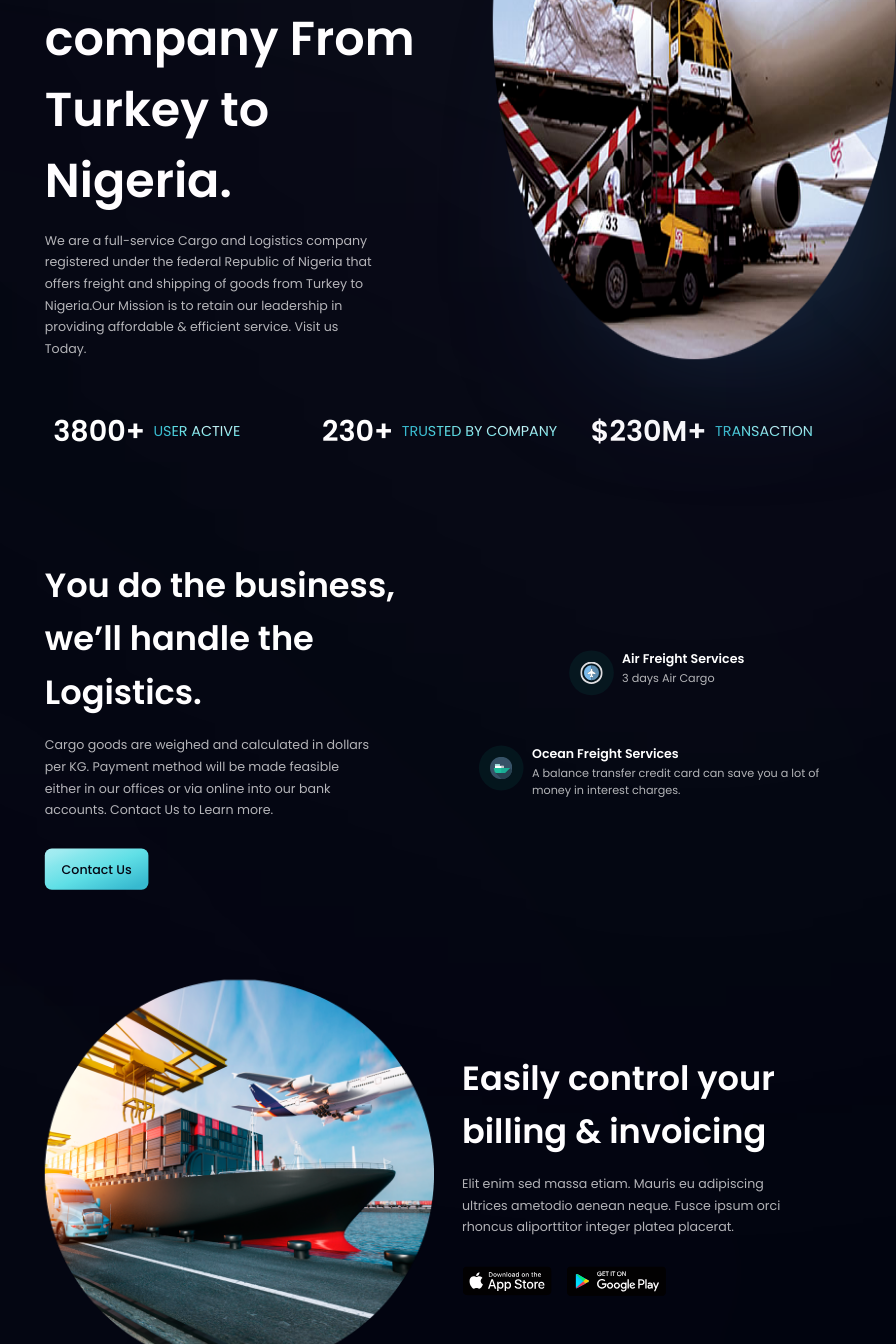
Repository: Miracleoluebube/captionlogistics
Page: /
The author's editor kept a copy of each file at every save. The page is drawn from the files as they stood at one save, then again after a run of saves.
The browser window is 1280 px wide. The pictures show the part of the page from y = 593 to 2513 px (the page is 5409 px tall), at 70% of full size.
The project was rebuilt for these pictures with package versions that can differ from the ones it lists, and the page was loaded fresh each time. Also part of the build but not shown: vite.config.js.

Above is the page before, as saved 2022-10-02 12:52:09.

### src/components/Navbar.jsx
import { useState } from "react";

import { close, logo, menu } from "../assets";
import { navLinks } from "../constants";

const Navbar = () => {
  const [active, setActive] = useState("Home");
  const [toggle, setToggle] = useState(false);

  return (
    <nav className="w-full flex py-6 justify-between items-center navbar">
      <img src={logo} alt="hoobank" className="w-[124px] h-[32px]" />

      <ul className="list-none sm:flex hidden justify-end items-center flex-1">
        {navLinks.map((nav, index) => (
          <li
            key={nav.id}
            className={`font-poppins font-normal cursor-pointer text-[16px] ${
              active === nav.title ? "text-white" : "text-dimWhite"
            } ${index === navLinks.length - 1 ? "mr-0" : "mr-10"}`}
            onClick={() => setActive(nav.title)}
          >
            <a href={`#${nav.id}`}>{nav.title}</a>
          </li>
        ))}
      </ul>

      <div className="sm:hidden flex flex-1 justify-end items-center">
        <img
          src={toggle ? close : menu}
          alt="menu"
          className="w-[28px] h-[28px] object-contain"
          onClick={() => setToggle(!toggle)}
        />

        <div
          className={`${
            !toggle ? "hidden" : "flex"
          } p-6 bg-black-gradient absolute top-20 right-0 mx-4 my-2 min-w-[140px] rounded-xl sidebar`}
        >
          <ul className="list-none flex justify-end items-start flex-1 flex-col">
            {navLinks.map((nav, index) => (
              <li
                key={nav.id}
                className={`font-poppins font-medium cursor-pointer text-[16px] ${
                  active === nav.title ? "text-white" : "text-dimWhite"
                } ${index === navLinks.length - 1 ? "mb-0" : "mb-4"}`}
                onClick={() => setActive(nav.title)}
              >
                <a href={`#${nav.id}`}>{nav.title}</a>
              </li>
            ))}
          </ul>
        </div>
      </div>
    </nav>
  );
};

export default Navbar;

### src/components/Billing.jsx
import { apple, bill, google } from "../assets";
import styles, { layout } from "../style";

const Billing = () => (
  <section id="product" className={layout.sectionReverse}>
    <div className={layout.sectionImgReverse}>
      <img src={bill} alt="billing" className="w-[100%] h-[100%] relative z-[5]" />

      {/* gradient start */}
      <div className="absolute z-[3] -left-1/2 top-0 w-[50%] h-[50%] rounded-full white__gradient" />
      <div className="absolute z-[0] w-[50%] h-[50%] -left-1/2 bottom-0 rounded-full pink__gradient" />
      {/* gradient end */}
    </div>

    <div className={layout.sectionInfo}>
      <h2 className={styles.heading2}>
        Easily control your <br className="sm:block hidden" /> billing &
        invoicing
      </h2>
      <p className={`${styles.paragraph} max-w-[470px] mt-5`}>
        Elit enim sed massa etiam. Mauris eu adipiscing ultrices ametodio
        aenean neque. Fusce ipsum orci rhoncus aliporttitor integer platea
        placerat.
      </p>

      <div className="flex flex-row flex-wrap sm:mt-10 mt-6">
        <img src={apple} alt="google_play" className="w-[128.86px] h-[42.05px] object-contain mr-5 cursor-pointer" />
        <img src={google} alt="google_play" className="w-[144.17px] h-[43.08px] object-contain cursor-pointer" />
      </div>
    </div>
  </section>
);

export default Billing;

### src/components/CardDeal.jsx
import { card } from "../assets";
import styles, { layout } from "../style";
import Button from "./Button";

const CardDeal = () => (
  <section id="contact Us" className={layout.section}>
    <div className={layout.sectionInfo}>
      <h2 className={styles.heading2}>
        Find a better card deal <br className="sm:block hidden" /> in few easy
        steps.
      </h2>
      <p className={`${styles.paragraph} max-w-[470px] mt-5`}>
        Arcu tortor, purus in mattis at sed integer faucibus. Aliquet quis
        aliquet eget mauris tortor.ç Aliquet ultrices ac, ametau.
      </p>

      <Button styles={`mt-10`} />
    </div>

    <div className={layout.sectionImg}>
      <img src={card} alt="billing" className="w-[100%] h-[100%]" />
    </div>
  </section>
);

export default CardDeal;

### src/components/Business.jsx
import { features } from "../constants";
import styles, { layout } from "../style";
import Button from "./Button";

const FeatureCard = ({ icon, title, content, index }) => (
  <div className={`flex flex-row p-6 rounded-[20px] ${index !== features.length - 1 ? "mb-6" : "mb-0"} feature-card`}>
    <div className={`w-[64px] h-[64px] rounded-full ${styles.flexCenter} bg-dimBlue`}>
      <img src={icon} alt="star" className="w-[50%] h-[50%] object-contain" />
    </div>
    <div className="flex-1 flex flex-col ml-3">
      <h4 className="font-poppins font-semibold text-white text-[18px] leading-[23.4px] mb-1">
        {title}
      </h4>
      <p className="font-poppins font-normal text-dimWhite text-[16px] leading-[24px]">
        {content}
      </p>
    </div>
  </div>
);

const Business = () =>  (
  <section id="features" className={layout.section}>
    <div className={layout.sectionInfo}>
      <h2 className={styles.heading2}>
        You do the business, <br className="sm:block hidden" /> we’ll handle
        the Logistics.
      </h2>
      <p className={`${styles.paragraph} max-w-[470px] mt-5`}>
        Cargo goods are weighed and calculated in dollars per KG.
      Payment method will be made feasible either in our offices or via online
      into our bank accounts.
      Contact Us to Learn more.
      </p>

      <Button styles={`mt-10`} />
    </div>

    <div className={`${layout.sectionImg} flex-col`}>
      {features.map((feature, index) => (
        <FeatureCard key={feature.id} {...feature} index={index} />
      ))}
    </div>
  </section>
);

export default Business;

### src/components/CTA.jsx
import styles from "../style";
import Button from "./Button";

const CTA = () => (
  <section className={`${styles.flexCenter} ${styles.marginY} ${styles.padding} sm:flex-row flex-col bg-black-gradient-2 rounded-[20px] box-shadow`}>
    <div className="flex-1 flex flex-col">
      <h2 className={styles.heading2}>Let’s try our service now!</h2>
      <p className={`${styles.paragraph} max-w-[470px] mt-5`}>
        Everything you need to accept card payments and grow your business
        anywhere on the planet.
      </p>
    </div>

    <div  className={`${styles.flexCenter} sm:ml-10 ml-0 sm:mt-0 mt-10`}>
      <Button />
    </div>
  </section>
);

export default CTA;

### src/components/Stats.jsx
import { stats } from "../constants";
import styles from "../style";

const Stats = () => (
  <section className={`${styles.flexCenter} flex-row flex-wrap sm:mb-20 mb-6`}>
    {stats.map((stat) => (
      <div key={stat.id} className={`flex-1 flex justify-start items-center flex-row m-3`} >
        <h4 className="font-poppins font-semibold xs:text-[40.89px] text-[30.89px] xs:leading-[53.16px] leading-[43.16px] text-white">
          {stat.value}
        </h4>
        <p className="font-poppins font-normal xs:text-[20.45px] text-[15.45px] xs:leading-[26.58px] leading-[21.58px] text-gradient uppercase ml-3">
          {stat.title}
        </p>
      </div>
    ))}
  </section>
);

export default Stats;

### src/components/Footer.jsx
import styles from "../style";
import { logo } from "../assets";
import { footerLinks, socialMedia } from "../constants";

const Footer = () => (
  <section className={`${styles.flexCenter} ${styles.paddingY} flex-col`}>
    <div className={`${styles.flexStart} md:flex-row flex-col mb-8 w-full`}>
      <div className="flex-[1] flex flex-col justify-start mr-10">
        <img
          src={logo}
          alt="hoobank"
          className="w-[266px] h-[72.14px] object-contain"
        />
        <p className={`${styles.paragraph} mt-4 max-w-[312px]`}>
         Head Office address: Number 10&11, A.O plaza, ground floor,
         Mandilas market Lagos island
        </p>
      </div>

      <div className="flex-[1.5] w-full flex flex-row justify-between flex-wrap md:mt-0 mt-10">
        {footerLinks.map((footerlink) => (
          <div key={footerlink.title} className={`flex flex-col ss:my-0 my-4 min-w-[150px]`}>
            <h4 className="font-poppins font-medium text-[18px] leading-[27px] text-white">
              {footerlink.title}
            </h4>
            <ul className="list-none mt-4">
              {footerlink.links.map((link, index) => (
                <li
                  key={link.name}
                  className={`font-poppins font-normal text-[16px] leading-[24px] text-dimWhite hover:text-secondary cursor-pointer ${
                    index !== footerlink.links.length - 1 ? "mb-4" : "mb-0"
                  }`}
                >
                  {link.name}
                </li>
              ))}
            </ul>
          </div>
        ))}
      </div>
    </div>

    <div className="w-full flex justify-between items-center md:flex-row flex-col pt-6 border-t-[1px] border-t-[#3F3E45]">
      <p className="font-poppins font-normal text-center text-[18px] leading-[27px] text-white">
        Copyright Ⓒ 2022. CaptionLogistics. All Rights Reserved.
      </p>

      <div className="flex flex-row md:mt-0 mt-6">
        {socialMedia.map((social, index) => (
          <img
            key={social.id}
            src={social.icon}
            alt={social.id}
            className={`w-[21px] h-[21px] object-contain cursor-pointer ${
              index !== socialMedia.length - 1 ? "mr-6" : "mr-0"
            }`}
            onClick={() => window.open(social.link)}
          />
        ))}
      </div>
    </div>
  </section>
);

export default Footer;

### src/components/Testimonials.jsx
import { feedback } from "../constants";
import styles from "../style";
import FeedbackCard from "./FeedbackCard";

const Testimonials = () => (
  <section id="clients" className={`${styles.paddingY} ${styles.flexCenter} flex-col relative `}>
    <div className="absolute z-[0] w-[60%] h-[60%] -right-[50%] rounded-full blue__gradient bottom-40" />

    <div className="w-full flex justify-between items-center md:flex-row flex-col sm:mb-16 mb-6 relative z-[1]">
      <h2 className={styles.heading2}>
        What People are <br className="sm:block hidden" /> saying about us
      </h2>
      <div className="w-full md:mt-0 mt-6">
        <p className={`${styles.paragraph} text-left max-w-[450px]`}>
          Everything you need to accept card payments and grow your business
          anywhere on the planet.
        </p>
      </div>
    </div>

    <div className="flex flex-wrap sm:justify-start justify-center w-full feedback-container relative z-[1]">
      {feedback.map((card) => <FeedbackCard key={card.id} {...card} />)}
    </div>
  </section>
);

export default Testimonials;

### src/components/Hero.jsx
import styles from "../style";
import { discount, robot } from "../assets";
import GetStarted from "./GetStarted";

const Hero = () => {
  return (
    <section id="home" className={`flex md:flex-row flex-col ${styles.paddingY}`}>
      <div className={`flex-1 ${styles.flexStart} flex-col xl:px-0 sm:px-16 px-6`}>
        <div className="flex flex-row items-center py-[6px] px-4 bg-discount-gradient rounded-[10px] mb-2">
          <img src={discount} alt="discount" className="w-[32px] h-[32px]" />
          <p className={`${styles.paragraph} ml-2`}>
            <span className="text-white">Call us </span> +234{" "}
            <span className="text-white">806 {" "} 750 {" "} 7539</span>
          </p>
        </div>

        <div className="flex flex-row justify-between items-center w-full">
          <h1 className="flex-1 font-poppins font-semibold ss:text-[72px] text-[52px] text-white ss:leading-[100.8px] leading-[75px]">
            Your trusted <br className="sm:block hidden" />{" "}
            <span className="text-gradient">Freight & Shipping</span>{" "}
          </h1>
          <div className="ss:flex hidden md:mr-4 mr-0">
            <GetStarted />
          </div>
        </div>

        <h1 className="font-poppins font-semibold ss:text-[68px] text-[52px] text-white ss:leading-[100.8px] leading-[75px] w-full">
  company From Turkey to Nigeria.
        </h1>
        <p className={`${styles.paragraph} max-w-[470px] mt-5`}>
          We are a  full-service Cargo and Logistics
          company registered under the federal Republic of Nigeria that offers freight
          and shipping of goods from Turkey
          to Nigeria.Our Mission is to retain our leadership
          in providing affordable
          & efficient service. Visit us Today.
        </p>
      </div>

      <div className={`flex-1 flex ${styles.flexCenter} md:my-0 my-10 relative`}>
        <img src={robot} alt="billing" className="w-[100%] h-[100%] relative z-[5]" />

        {/* gradient start */}
        <div className="absolute z-[0] w-[40%] h-[35%] top-0 pink__gradient" />
        <div className="absolute z-[1] w-[80%] h-[80%] rounded-full white__gradient bottom-40" />
        <div className="absolute z-[0] w-[50%] h-[50%] right-20 bottom-20 blue__gradient" />
        {/* gradient end */}
      </div>

      <div className={`ss:hidden ${styles.flexCenter}`}>
        <GetStarted />
      </div>
    </section>
  );
};

export default Hero;

### src/constants/index.js
import { people01, people02, people03, facebook, instagram, linkedin, twitter, airbnb, binance, coinbase, dropbox, send, shield, star  } from "../assets";

export const navLinks = [
  {
    id: "home",
    title: "Home",
  },
  {
    id: "features",
    title: "Services",
  },
  {
    id: "product",
    title: "About Us",
  },

  {
    id: "contact Us",
    title: "Contact Us",
  },
  //  {
  //    id: "contact Us",
  //    title: "How it works",
  //  },
];

export const features = [
  {
    id: "feature-1",
    icon: star,
    title: "Air Freight Services",
    content:
      "3 days Air Cargo",

  },
  /*{
    id: "feature-2",
    icon: shield,
    title: "100% Secured",
    content:
      "We take proactive steps make sure your information and transactions are secure.",
  },*/
  {
    id: "feature-3",
    icon: send,
    title: "Ocean Freight Services",
    content:
      "A balance transfer credit card can save you a lot of money in interest charges.",
  },
];

export const feedback = [
  {
    id: "feedback-1",
    content:
      "Money is only a tool. It will take you wherever you wish, but it will not replace you as the driver.",
    name: "Herman Jensen",
    title: "Founder & Leader",
    img: people01,
  },
  {
    id: "feedback-2",
    content:
      "Money makes your life easier. If you're lucky to have it, you're lucky.",
    name: "Steve Mark",
    title: "Founder & Leader",
    img: people02,
  },
  {
    id: "feedback-3",
    content:
      "It is usually people in the money business, finance, and international trade that are really rich.",
    name: "Kenn Gallagher",
    title: "Founder & Leader",
    img: people03,
  },
];

export const stats = [
  {
    id: "stats-1",
    title: "User Active",
    value: "3800+",
  },
  {
    id: "stats-2",
    title: "Trusted by Company",
    value: "230+",
  },
  {
    id: "stats-3",
    title: "Transaction",
    value: "$230M+",
  },
];

export const footerLinks = [
  {
    title: "Useful Links",
    links: [
      {
        name: "Content",
        link: "https://www.hoobank.com/content/",
      },
      {
        name: "How it Works",
        link: "https://www.hoobank.com/how-it-works/",
      },
      {
        name: "Create",
        link: "https://www.hoobank.com/create/",
      },
      {
        name: "Explore",
        link: "https://www.hoobank.com/explore/",
      },
      {
        name: "Terms & Services",
        link: "https://www.hoobank.com/terms-and-services/",
      },
    ],
  },
  {
    title: "Community",
    links: [
      {
        name: "Help Center",
        link: "https://www.hoobank.com/help-center/",
      },
      {
        name: "Partners",
        link: "https://www.hoobank.com/partners/",
      },
      {
        name: "Suggestions",
        link: "https://www.hoobank.com/suggestions/",
      },
      {
        name: "Blog",
        link: "https://www.hoobank.com/blog/",
      },
      {
        name: "Newsletters",
        link: "https://www.hoobank.com/newsletters/",
      },
    ],
  },
  {
    title: "Partner",
    links: [
      {
        name: "Our Partner",
        link: "https://www.hoobank.com/our-partner/",
      },
      {
        name: "Become a Partner",
        link: "https://www.hoobank.com/become-a-partner/",
      },
    ],
  },
];

export const socialMedia = [
  {
    id: "social-media-1",
    icon: instagram,
    link: "https://www.instagram.com/",
  },
  {
    id: "social-media-2",
    icon: facebook,
    link: "https://www.facebook.com/",
  },
  {
    id: "social-media-3",
    icon: twitter,
    link: "https://www.twitter.com/",
  },
  {
    id: "social-media-4",
    icon: linkedin,
    link: "https://www.linkedin.com/",
  },
];

export const clients = [
  {
    id: "client-1",
    logo: airbnb,
  },
  {
    id: "client-2",
    logo: binance,
  },
  {
    id: "client-3",
    logo: coinbase,
  },
  {
    id: "client-4",
    logo: dropbox,
  },
];

### src/components/Button.jsx
import React from "react";

const Button = ({ styles }) => (
  <a href="https://wa.me/2348067507539">
  <button  type="button" className={`py-4 px-6 font-poppins font-medium text-[18px] text-primary bg-blue-gradient rounded-[10px] outline-none ${styles}`}>
    Contact Us
  </button>
  </a>
);



export default Button;

### src/components/FeedbackCard.jsx
import { quotes } from "../assets";

const FeedbackCard = ({ content, name, title, img }) => (
  <div className="flex justify-between flex-col px-10 py-12 rounded-[20px]  max-w-[370px] md:mr-10 sm:mr-5 mr-0 my-5 feedback-card">
    <img src={quotes} alt="double_quotes" className="w-[42.6px] h-[27.6px] object-contain" />
    <p className="font-poppins font-normal text-[18px] leading-[32.4px] text-white my-10">
      {content}
    </p>

    <div className="flex flex-row">
      <img src={img} alt={name} className="w-[48px] h-[48px] rounded-full" />
      <div className="flex flex-col ml-4">
        <h4 className="font-poppins font-semibold text-[20px] leading-[32px] text-white">
          {name}
        </h4>
        <p className="font-poppins font-normal text-[16px] leading-[24px] text-dimWhite">
          {title}
        </p>
      </div>
    </div>
  </div>
);


export default FeedbackCard;

### src/components/GetStarted.jsx
import styles from "../style";
import { arrowUp } from "../assets";

const GetStarted = () => (
  <div className={`${styles.flexCenter} w-[140px] h-[140px] rounded-full bg-blue-gradient p-[2px] cursor-pointer`}>
    <div className={`${styles.flexCenter} flex-col bg-primary w-[100%] h-[100%] rounded-full`}>
      <div className={`${styles.flexStart} flex-row`}>
        <p className="font-poppins font-medium text-[18px] leading-[23.4px]">
          <span className="text-gradient">Track Your</span>
        </p>
        <img src={arrowUp} alt="arrow-up" className="w-[23px] h-[23px] object-contain" />
      </div>

      <p className="font-poppins font-medium text-[18px] leading-[23.4px]">
        <span className="text-gradient">Goods</span>
      </p>
    </div>
  </div>
);

export default GetStarted;

Loaded but not shown: index.html (common file); src/main.jsx (common file); src/App.jsx (common file); src/components/index.js (common file); src/components/Clients.jsx (common file); tailwind.config.cjs (common file); src/assets/index.js (53 lines, source omitted); src/style.js (28 lines, source omitted); src/index.css (213 lines, source omitted)

After the next 6 saves:
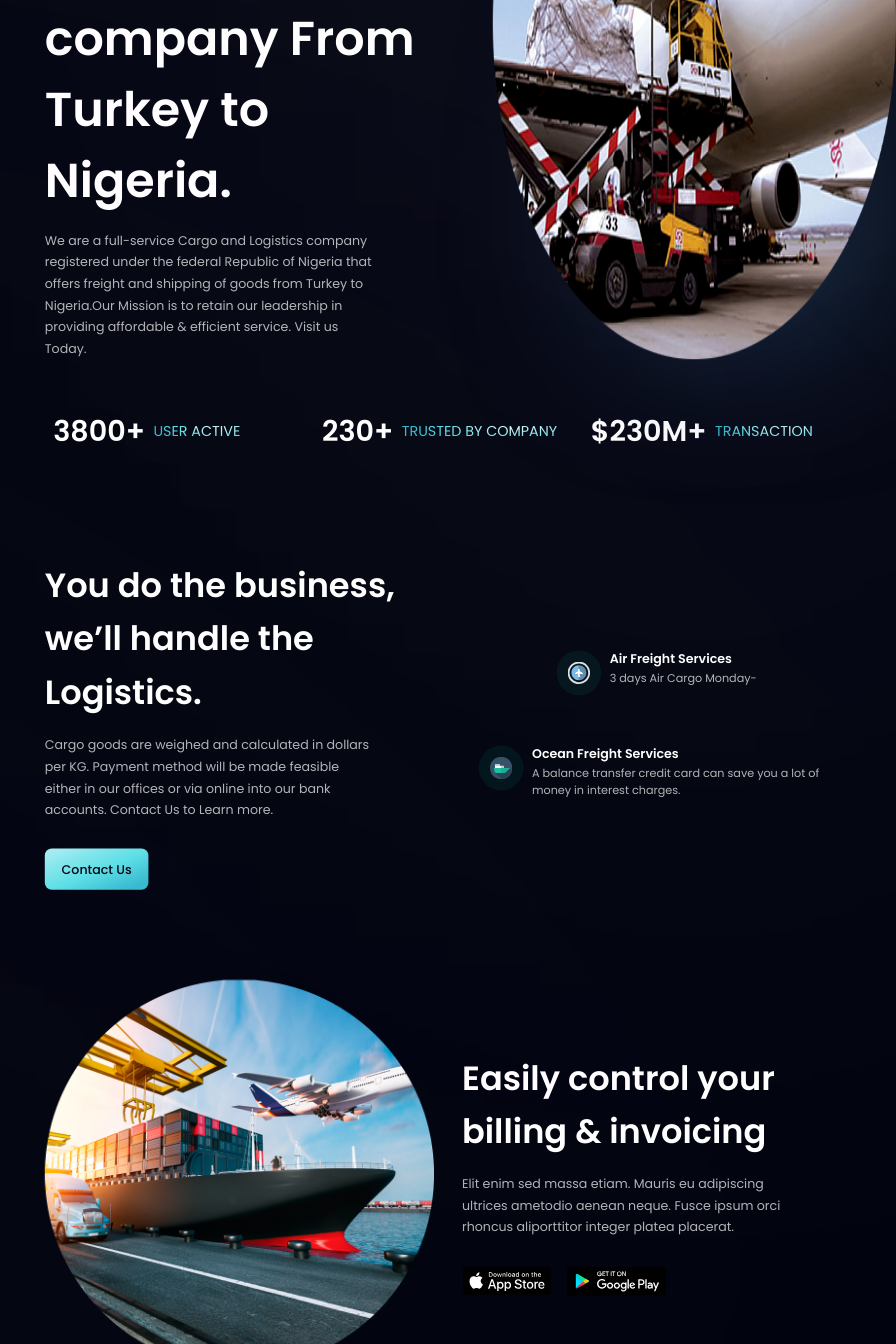
The 6 saves are shown as one change because 1 did not build or start and some came seconds apart.
The last was saved 20 s later.
--- a/src/constants/index.js
+++ b/src/constants/index.js
@@ -30,7 +30,7 @@
     icon: star,
     title: "Air Freight Services",
     content:
-      "3 days Air Cargo",
+      "3 days Air Cargo Monday-",
 
   },
   /*{
